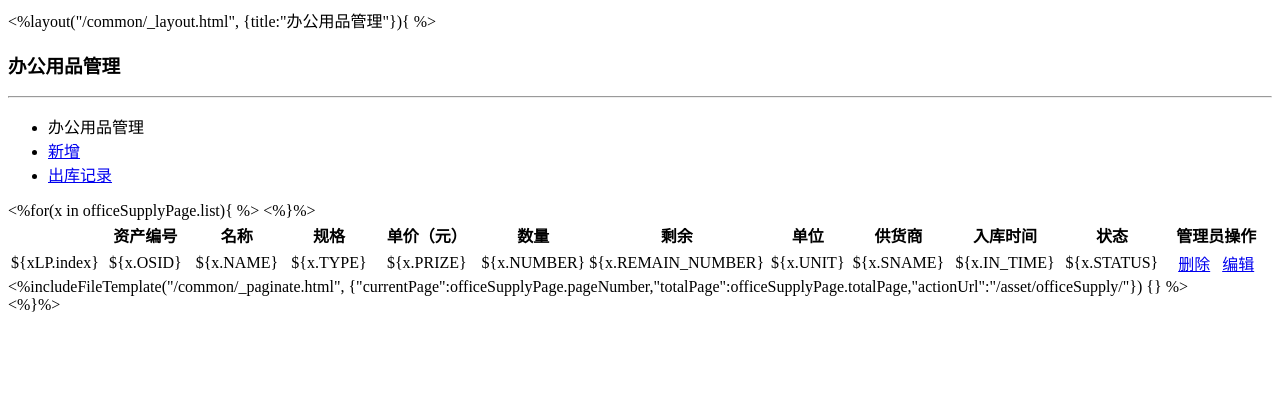
Repository: GaoChengliang/summerTask
Page: Campus_gcl/WebRoot/asset_management/office_supply/office_supply.html
An editor plug-in stored every save of this project. The page is shown before and after the next save, followed by the edit.
The browser window is 1280 px wide. The pictures show the whole page.

Above is the page before, as saved 2015-07-29 09:42:08.

### Campus_gcl/WebRoot/asset_management/office_supply/office_supply.html
<%layout("/common/_layout.html", {title:"办公用品管理"}){ %>
<div>

	<div class="masthead">
			<h3 class="muted">办公用品管理</h3>
	</div>
	<hr/>
    <ul class="breadcrumb">
        <li class="active">办公用品管理<span class="divier"></span></li>
        <li><a href="/asset/officeSupply/add/${officeSupplyPage.totalPage}">新增</a></li>
        <li class="pull-right"><a href="/asset/officeSupply/outRecord" target="_blank">出库记录</a></li>
    </ul>
    <div>
        <table class="table table-hover">
            <thead>
            <tr>
             	<th hidden="true"></th>
                <th style="text-align:center; width:3%"></th>
                <th style="text-align:center; width:8%">资产编号</th>
                <th style="text-align:center; width:8%">名称</th>
                <th style="text-align:center; width:8%">规格</th>
                <th style="text-align:center; width:10%">单价（元）</th>
                <th style="text-align:center; width:5%">数量</th>
                <th style="text-align:center; width:5%">剩余</th>
                <th style="text-align:center; width:7%">单位</th>
                <th style="text-align:center; width:8%">供货商</th>
                <th style="text-align:center; width:10%">入库时间</th>
                <th style="text-align:center; width:8%">状态</th>
                <th style="text-align:center; width:15%">管理员操作</th>
            </tr>
            </thead>
			<tbody>
           <%for(x in officeSupplyPage.list){ %>
                <tr>
                	<td style="text-align:center;" hidden="true">${x.ID}</td>
                    <td style="text-align:center;">${xLP.index}</td>
                    <td style="text-align:center;">${x.OSID}</td>
                    <td style="text-align:center;">${x.NAME}</td>
                    <td style="text-align:center;">${x.TYPE}</td>
                    <td style="text-align:center;">${x.PRIZE}</td>
                    <td style="text-align:center;">${x.NUMBER}</td>
                    <td style="text-align:center;">${x.REMAIN_NUMBER}</td>
                    <td style="text-align:center;">${x.UNIT}</td>
                    <td style="text-align:center;">${x.SNAME}</td>
                    <td style="text-align:center;">${x.IN_TIME}</td>
                    <td style="text-align:center;">${x.STATUS}</td>
                    <td style="text-align:center;">
                            <a href="/asset/officeSupply/delete/${x.ID}">删除</a>
                            &nbsp;&nbsp;<a href="/asset/officeSupply/edit/${x.ID}-${officeSupplyPage.pageNumber}">编辑</a>
                    </td>
                </tr>
            <%}%>
            </tbody>
        </table>
       	<%includeFileTemplate("/common/_paginate.html",
		{"currentPage":officeSupplyPage.pageNumber,"totalPage":officeSupplyPage.totalPage,"actionUrl":"/asset/officeSupply/"}) {}
	    %>
    </div>
</div>
<%}%>

After the next save:
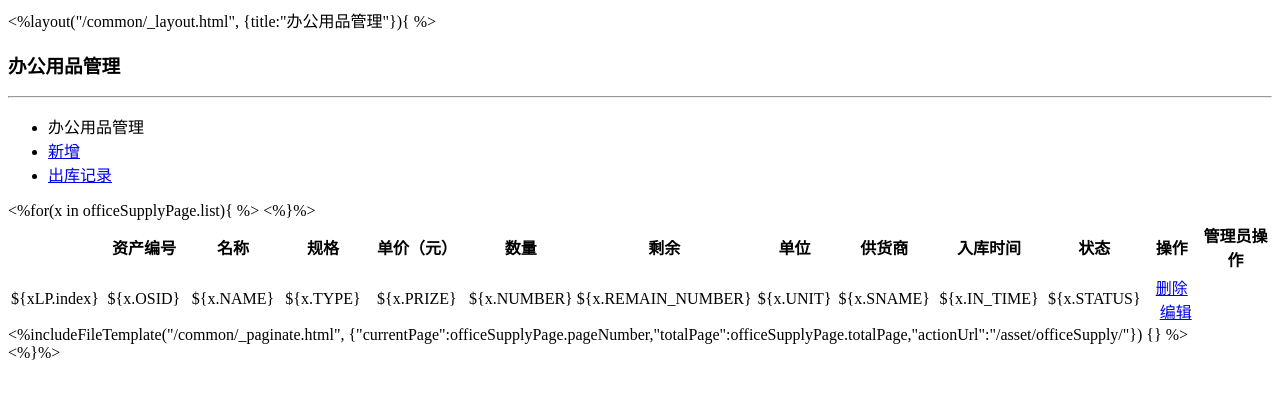
Saved 82 min 25 s later.
--- a/Campus_gcl/WebRoot/asset_management/office_supply/office_supply.html
+++ b/Campus_gcl/WebRoot/asset_management/office_supply/office_supply.html
@@ -26,6 +26,7 @@
                 <th style="text-align:center; width:8%">供货商</th>
                 <th style="text-align:center; width:10%">入库时间</th>
                 <th style="text-align:center; width:8%">状态</th>
+                 <th style="text-align:center; width:8%">操作</th>
                 <th style="text-align:center; width:15%">管理员操作</th>
             </tr>
             </thead>
